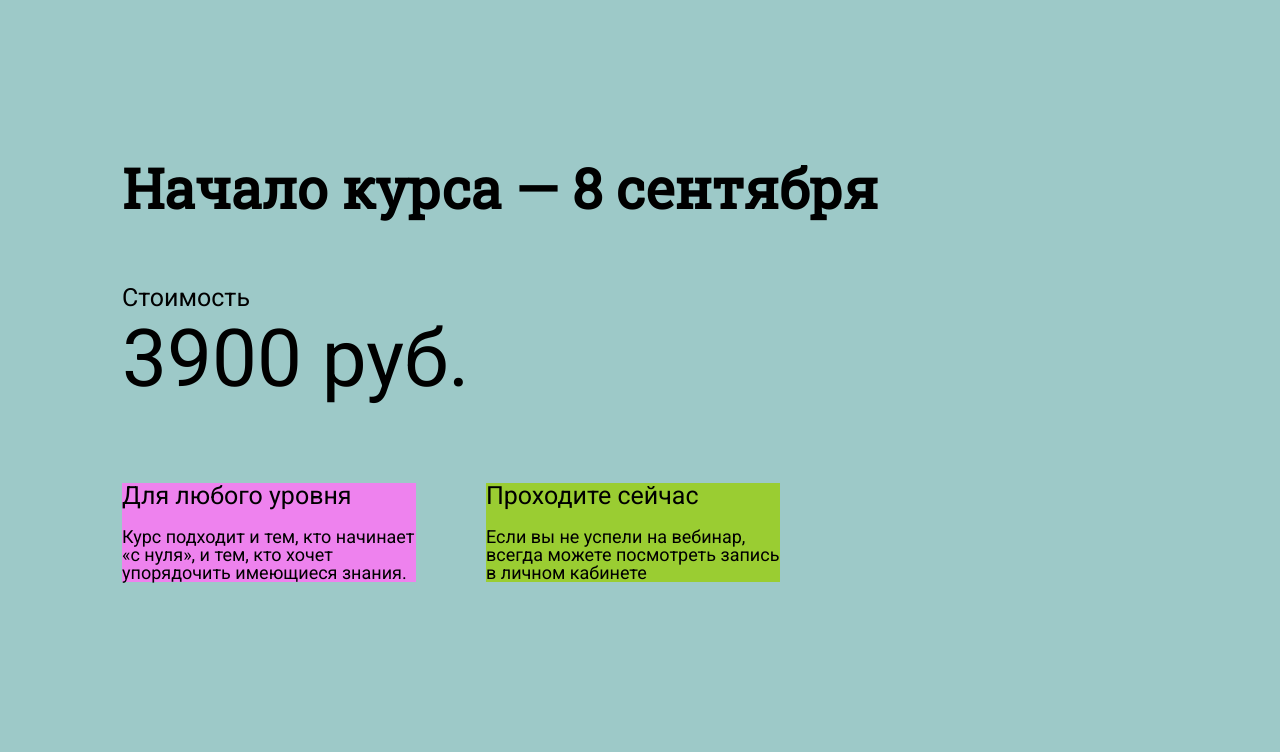
Repository: NatiqSamiyev/fiqma-task3
Page: index.html
An editor plug-in stored every save of this project. The page is shown before and after the next save, followed by the edit.
The browser window is 1280 px wide. The pictures show the whole page.

Above is the page before, as saved 2023-08-09 13:30:53.

After the next save:
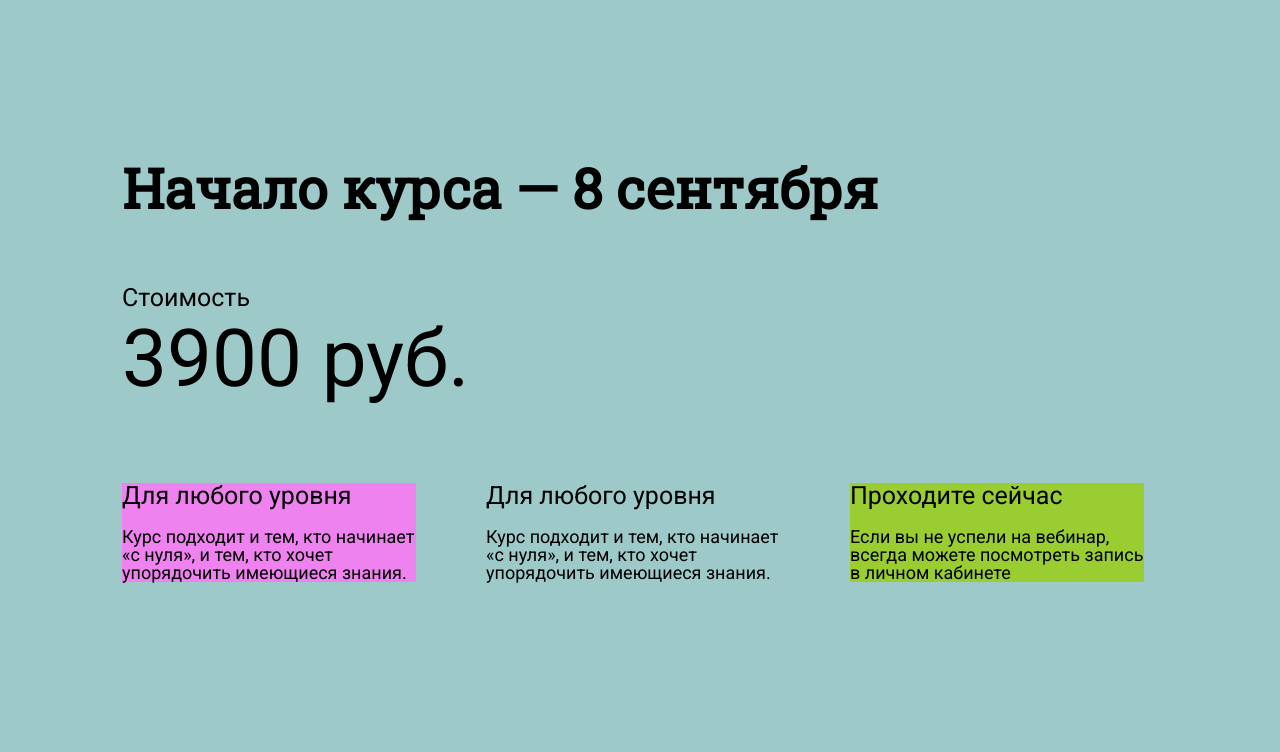
Saved 10 s later.
--- a/index.html
+++ b/index.html
@@ -19,6 +19,13 @@
             упорядочить имеющиеся знания.
           </p>
         </li>
+        <li>
+          <h4>Для любого уровня</h4>
+          <p>
+            Курс подходит и тем, кто начинает «с нуля», и тем, кто хочет
+            упорядочить имеющиеся знания.
+          </p>
+        </li>
 
         <li >
           <h4>Проходите сейчас</h4>
